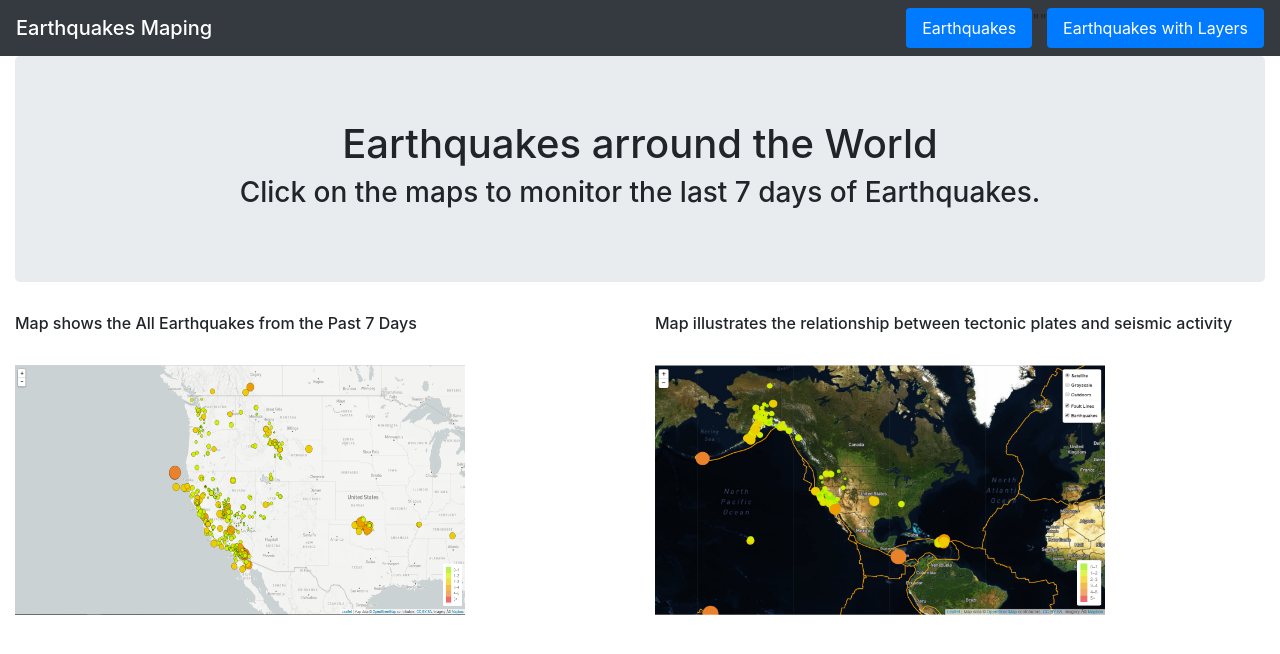
Repository: ermiasgelaye/leaflet-challenge
Page: index.html
An editor plug-in stored every save of this project. The page is shown before and after the next save, followed by the edit.
The browser window is 1280 px wide. The pictures show the whole page.

Above is the page before, as saved 2020-09-18 22:37:15.

After the next save:
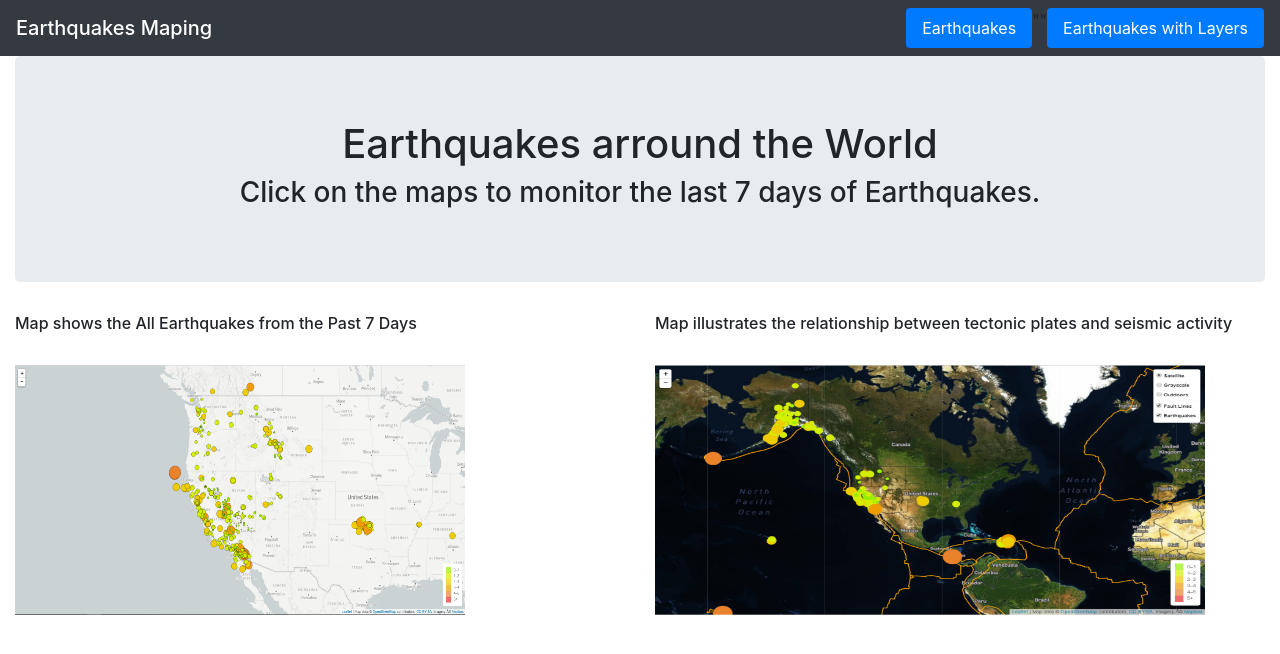
Saved 39 s later.
--- a/index.html
+++ b/index.html
@@ -61,7 +61,7 @@
             </h6>
             <br />
             <a href="Leaflet-Step-2/step-2.html">
-                <img src="images/5-Advanced.png" alt="Mapping with Layers" width="450" height="250" /></a>
+                <img src="images/5-Advanced.png" alt="Mapping with Layers" width="550" height="250" /></a>
         </div>
         </div>
         </div>
